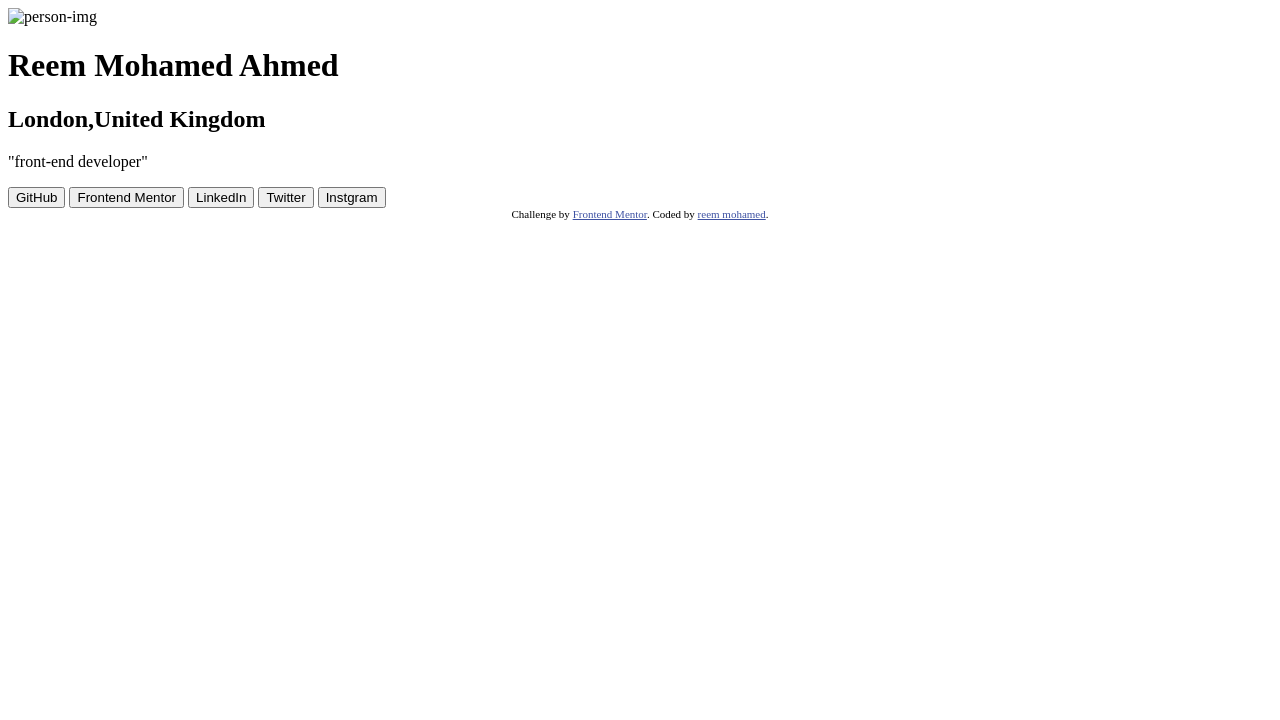
Repository: reemoon-ctrl/social_links_profile_main
Page: index.html
These files come from the project's save history. The page is drawn as it stood at one moment and after a run of saves; the edit follows.
The browser window is 1280 px wide. The pictures show the whole page.

Above is the page before, as saved 2024-07-23 09:16:24.

After the next 2 saves:
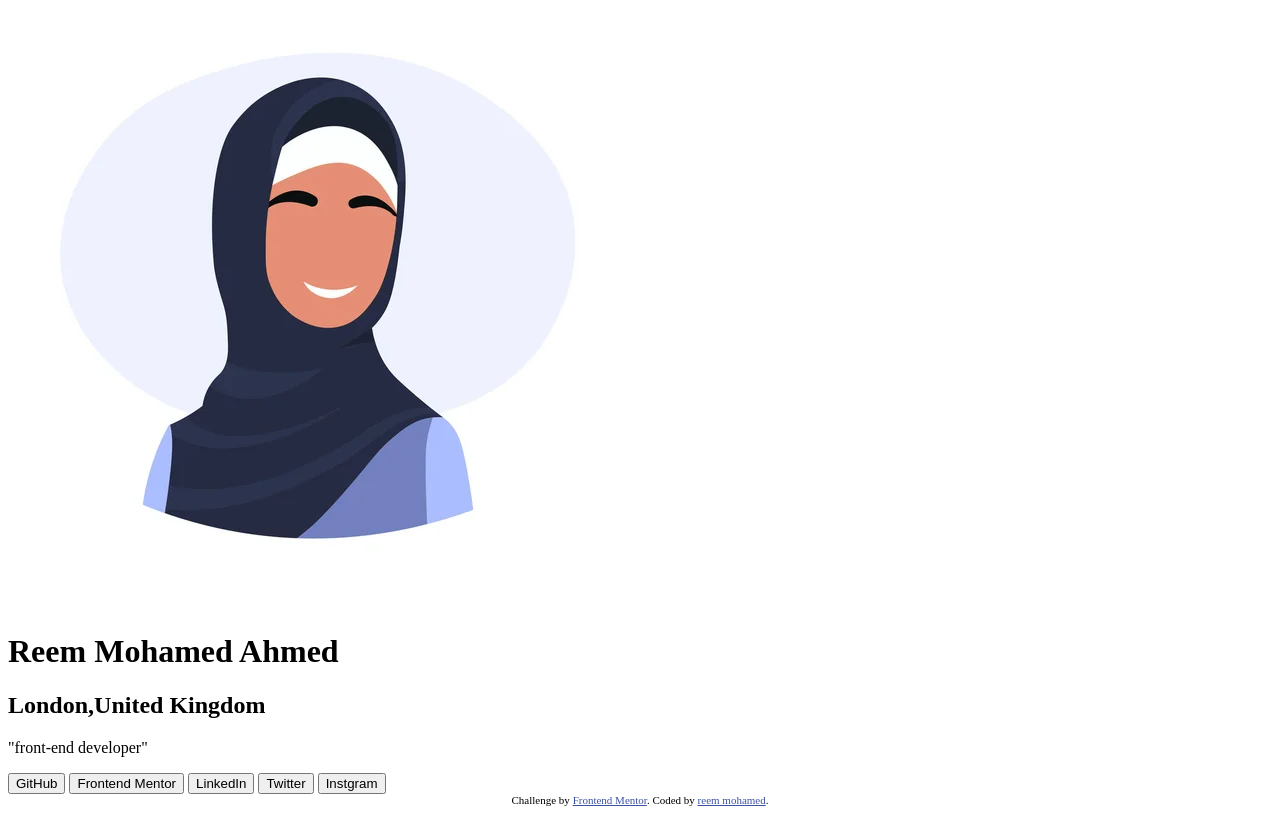
The 2 saves are shown as one change because they came seconds apart.
The last was saved 19 s later.
--- a/index.html
+++ b/index.html
@@ -18,7 +18,7 @@
   <main>
     <div class="form-container">
       <div>
-      <img src="" alt="person-img">
+      <img src="/depositphotos_668859444-stock-illustration-arab-woman-face-covered-hijab.jpg" alt="person-img">
       <h1>Reem Mohamed Ahmed</h1>
       <h2>London,United Kingdom</h2>
       <p>"front-end developer"</p>
